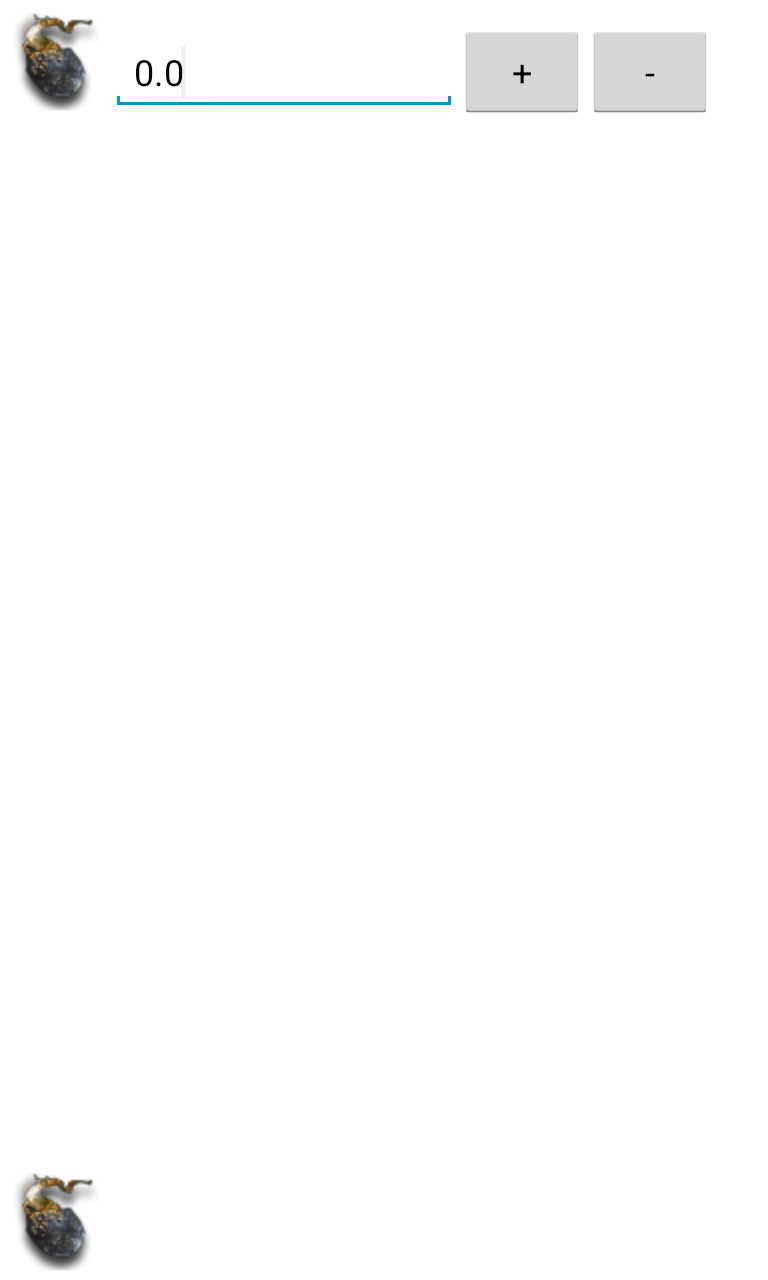
Repository: erictoddhagen/StartingAndriod
Layout: MyFirstApp/OrbTradeTracker/res/layout/activity_main.xml
An editor plug-in stored every save of this project. The layout is shown before and after the next save, followed by the edit.
It is drawn on a 768 x 1280 px phone screen (xhdpi) without system bars, with theme AppTheme; the app's code is not run.

Above is the layout before, as saved 2013-02-03 08:33:50.

### MyFirstApp/OrbTradeTracker/res/layout/activity_main.xml
<RelativeLayout xmlns:android="http://schemas.android.com/apk/res/android"
    xmlns:tools="http://schemas.android.com/tools"
    android:layout_width="match_parent"
    android:layout_height="match_parent"
    tools:context=".MainActivity" >

    <ImageView
        android:id="@+id/imageView1"
        android:layout_width="wrap_content"
        android:layout_height="wrap_content"
        android:layout_alignParentLeft="true"
        android:layout_alignParentTop="true"
        android:src="@drawable/alchemy" />

    <ImageView
        android:id="@+id/imageView2"
        android:layout_width="wrap_content"
        android:layout_height="wrap_content"
        android:layout_alignParentBottom="true"
        android:layout_alignParentLeft="true"
        android:src="@drawable/alchemy" />

    <Button
        android:id="@+id/buttonsubtract"
        android:layout_width="wrap_content"
        android:layout_height="wrap_content"
        android:layout_alignBaseline="@+id/buttonadd"
        android:layout_alignBottom="@+id/buttonadd"
        android:layout_alignParentRight="true"
        android:layout_marginRight="27dp"
        android:text="-" />

    <EditText
        android:id="@+id/textresult"
        android:layout_width="wrap_content"
        android:layout_height="wrap_content"
        android:layout_alignBaseline="@+id/buttonadd"
        android:layout_alignBottom="@+id/buttonadd"
        android:layout_toLeftOf="@+id/buttonadd"
        android:layout_toRightOf="@+id/imageView1"
        android:ems="10"
        android:text="0.0" >

        <requestFocus />
    </EditText>

    <Button
        android:id="@+id/buttonadd"
        android:layout_width="wrap_content"
        android:layout_height="wrap_content"
        android:layout_alignBottom="@+id/imageView1"
        android:layout_toLeftOf="@+id/buttonsubtract"
        android:text="+" />

</RelativeLayout>

Loaded but not shown: MyFirstApp/OrbTradeTracker/res/values/styles.xml (common file); MyFirstApp/OrbTradeTracker/res/values-v11/styles.xml (common file); MyFirstApp/OrbTradeTracker/res/values-v14/styles.xml (common file)

After the next save:
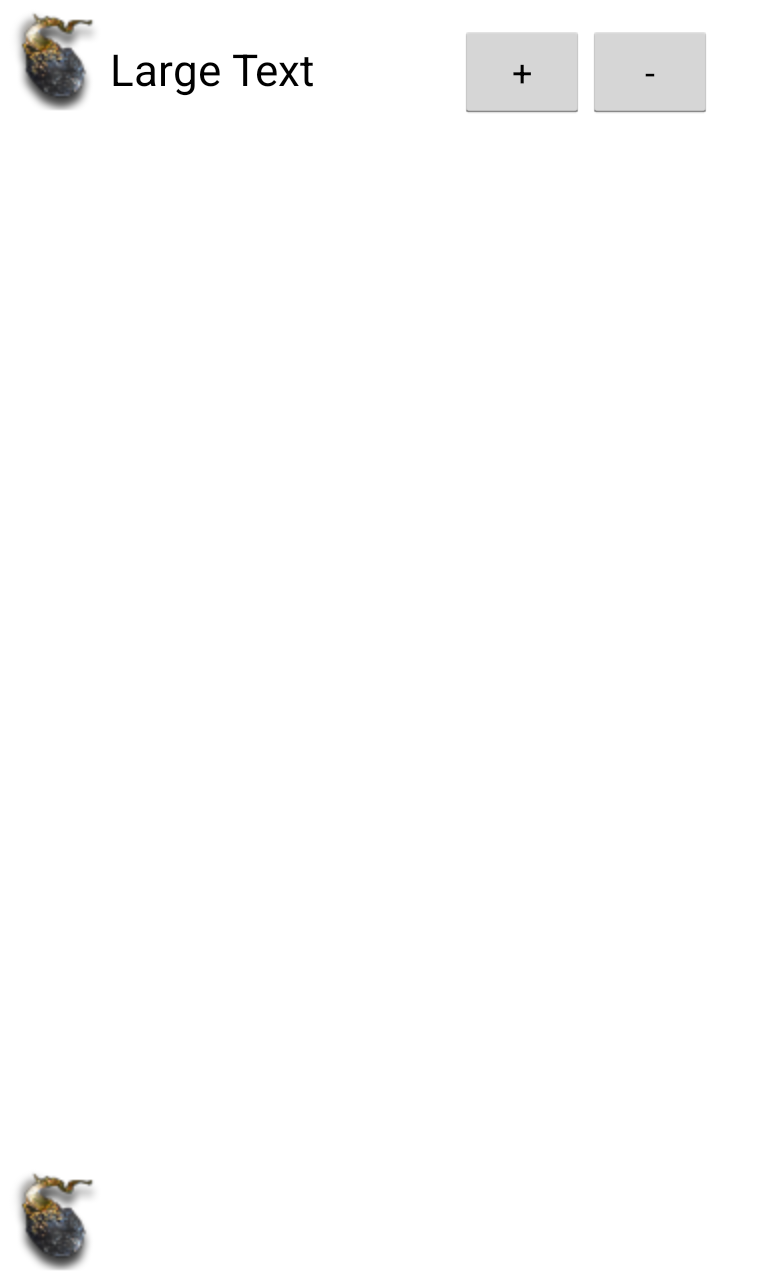
Saved 52 s later.
--- a/MyFirstApp/OrbTradeTracker/res/layout/activity_main.xml
+++ b/MyFirstApp/OrbTradeTracker/res/layout/activity_main.xml
@@ -30,20 +30,6 @@
         android:layout_marginRight="27dp"
         android:text="-" />
 
-    <EditText
-        android:id="@+id/textresult"
-        android:layout_width="wrap_content"
-        android:layout_height="wrap_content"
-        android:layout_alignBaseline="@+id/buttonadd"
-        android:layout_alignBottom="@+id/buttonadd"
-        android:layout_toLeftOf="@+id/buttonadd"
-        android:layout_toRightOf="@+id/imageView1"
-        android:ems="10"
-        android:text="0.0" >
-
-        <requestFocus />
-    </EditText>
-
     <Button
         android:id="@+id/buttonadd"
         android:layout_width="wrap_content"
@@ -52,4 +38,14 @@
         android:layout_toLeftOf="@+id/buttonsubtract"
         android:text="+" />
 
+    <TextView
+        android:id="@+id/textView1"
+        android:layout_width="wrap_content"
+        android:layout_height="wrap_content"
+        android:layout_alignBaseline="@+id/buttonadd"
+        android:layout_alignBottom="@+id/buttonadd"
+        android:layout_toRightOf="@+id/imageView1"
+        android:text="Large Text"
+        android:textAppearance="?android:attr/textAppearanceLarge" />
+
 </RelativeLayout>
